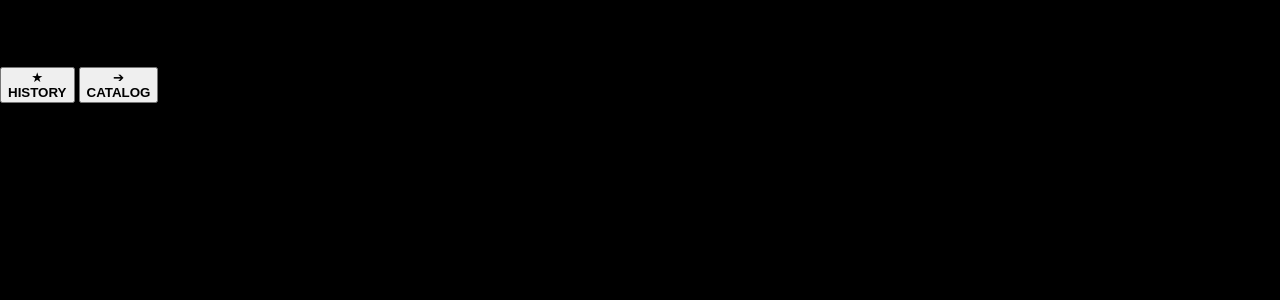
Repository: dkg11hu/baking-core
Page: index.html
These files come from the project's save history. The page is drawn as it stood at one moment and after a run of saves; the edit follows.
The browser window is 1280 px wide. The pictures show the whole page.

Above is the page before, as saved 2026-01-03 18:21:22.

### index.html
<!DOCTYPE html>
<html lang="en">
<head>
    <meta charset="UTF-8">
    <link rel="icon" href="data:[embedded picture, 216 characters]">
    <meta name="viewport" content="width=device-width, initial-scale=1.0, maximum-scale=1.0, user-scalable=no">
    <title>Baking Core | XS Driver</title>
    <link rel="stylesheet" href="style.css">
</head>
<body>
    <div class="iphone-xs">
        <div class="notch"></div>
<div class="screen-content">
    <section id="gateway-view">
        <div class="gateway-hero">
            <h1 class="brand-title">Baking Core</h1>
            <div class="choice-container">
                <button class="choice-card" onclick="window.viewHistory()"><div class="icon">★</div><strong>HISTORY</strong></button>
                <button class="choice-card highlight" onclick="window.openSelectors()"><div class="icon">➔</div><strong>CATALOG</strong></button>
            </div>
        </div>
    </section>

    <section id="selector-view" class="hidden">
        <div class="sticky-header">
            <div class="selector-tabs">
                <button class="tab-btn active" data-view="map" onclick="switchSelector('map')">Map</button>
                <button class="tab-btn" data-view="flavor" onclick="switchSelector('flavor')">Flavor</button>
            </div>
        </div>
        <div id="graphical-filter-container">
            <div id="view-map"></div>
            <div id="view-flavor" class="hidden"></div>
        </div>
        <div class="stepper-controls">
            <button class="btn-nav" onclick="window.showStage('gateway-view')">BACK</button>
        </div>
    </section>

    <section id="browser-view" class="hidden">
        <div id="tile-grid" class="tile-grid"></div>
        <div class="stepper-controls">
            <button class="btn-nav" onclick="window.showStage('selector-view')">BACK</button>
        </div>
    </section>

    <section id="params-view" class="hidden">
        <div id="discovery-root"></div>
        <div class="stepper-controls">
            <button class="btn-nav" onclick="window.showStage('browser-view')">BACK</button>
            <button class="btn-nav primary" onclick="window.lockAndStart()">START BAKE</button>
        </div>
    </section>

    <section id="execution-view" class="hidden">
        <div id="execution-root"></div>
        <div class="stepper-controls">
            <button class="btn-nav" onclick="window.changeStep(-1)">BACK</button>
            <button class="btn-nav primary" onclick="window.changeStep(1)">NEXT STEP</button>
        </div>
    </section>
</div>
        <div class="home-indicator"></div>
    </div>
    <script type="module" src="app.js"></script>
</body>
</html>

### style.css
/* --- VIEW CONTAINERS --- */
#browser-view, #workflow-view {
    flex: 1;
    display: flex;
    flex-direction: column;
    height: 100%;
    width: 100%;
    background: #000;
    overflow-y: auto;
    -webkit-overflow-scrolling: touch;
    position: relative;
}

/* --- GRID ARCHITECTURE --- */
.tile-grid {
    display: grid;
    grid-template-columns: 1fr 1fr;
    gap: 16px;
    padding: 16px;
    min-height: 400px;
    box-sizing: border-box;
}

.tile-label {
    color: #FFFFFF;
    font-size: 11px;
    font-weight: 900;
    letter-spacing: 1.5px;
    text-transform: uppercase;
    margin-top: 10px;
    white-space: nowrap;
    overflow: hidden;
    text-overflow: ellipsis;
}

/* --- WORKFLOW TRACKS --- */
.discovery-wrapper, .production-wrapper {
    padding: 20px;
    color: #fff;
}

.meta-chip {
    display: inline-flex;
    flex-direction: column;
    margin-right: 20px;
    border-left: 1px solid #333;
    padding-left: 10px;
}

.meta-chip span { font-size: 8px; color: #666; text-transform: uppercase; }
.meta-chip strong { font-size: 14px; color: var(--primary, #f1c40f); }

.hidden { display: none !important; }

.tile {
    background: #050505;
    border-radius: 12px;
    padding: 10px;
    border: 1px solid #111;
    transition: all 0.2s ease;
    cursor: pointer;
}

/* The Gold Glow for the selected product */
.tile.active {
    border-color: #f1c40f;
    background: #111;
    box-shadow: 0 0 15px rgba(241, 196, 15, 0.2);
}

.tile-img-box {
    aspect-ratio: 1 / 1;
    background: #000;
    border-radius: 8px;
    overflow: hidden;
    display: flex;
    align-items: center;
    justify-content: center;
}

.tile-img-box img {
    width: 100%;
    height: 100%;
    object-fit: cover;
}

/* Each section is a full-screen app layer */
section {
    position: absolute;
    top: 0;
    left: 0;
    width: 100%;
    height: 100%;
    background: #000;
    display: flex;
    flex-direction: column;
}

/* Force hide with absolute priority */
.hidden {
    display: none !important;
}

/* Ensure Tile Grid only scrolls within its container */
#tile-grid {
    flex: 1;
    overflow-y: auto;
    padding-bottom: 100px; /* Room for navigation */
}

/* Stepper controls anchored to bottom of current view */
.stepper-controls {
    padding: 20px;
    background: linear-gradient(0deg, #000 70%, transparent);
    display: flex;
    gap: 15px;
    position: sticky;
    bottom: 0;
}

/* src/style.css */

.discovery-wrapper, .gateway-screen {
    animation: fadeIn 0.25s ease-out;
    height: 100%;
    display: flex;
    flex-direction: column;
}

.params-grid {
    padding: 20px;
    display: flex;
    flex-direction: column;
    gap: 15px;
    overflow-y: auto;
}

.param-row {
    display: flex;
    flex-direction: column;
    gap: 5px;
}

.param-row label {
    font-size: 10px;
    color: #666;
    text-transform: uppercase;
    letter-spacing: 1px;
}

.param-row input {
    background: #111;
    border: 1px solid #222;
    border-radius: 8px;
    padding: 12px;
    color: var(--primary);
    font-size: 18px;
}

@keyframes fadeIn {
    from { opacity: 0; transform: translateY(5px); }
    to { opacity: 1; transform: translateY(0); }
}

.hidden {
    display: none !important;
    visibility: hidden !important;
    opacity: 0 !important;
    pointer-events: none !important;
}

section {
    /* Ensure each screen takes up the full iPhone XS viewport */
    height: 100%;
    width: 100%;
    overflow-y: auto;
    -webkit-overflow-scrolling: touch;
}

#browser-view {
    display: flex;
    flex-direction: column;
}

.sticky-header {
    flex-shrink: 0;
    background: #000;
    z-index: 100;
    padding: 10px;
    border-bottom: 1px solid #111;
}

#graphical-filter-container {
    height: 250px; /* Fixed height for the Map/Flavor wheel */
    overflow: hidden;
    position: relative;
}

#tile-grid {
    flex: 1;
    overflow-y: auto; /* Tiles scroll independently of the header */
    padding-bottom: 80px;
}

#graphical-filter-container {
    flex: 1;
    display: flex;
    align-items: center;
    justify-content: center;
    position: relative;
    pointer-events: all; /* Required for touch interaction */
}

/* Section Stacking */
section {
    position: absolute;
    top: 0;
    left: 0;
    width: 100%;
    height: 100%;
    background: #000;
    z-index: 1;
}

section:not(.hidden) {
    z-index: 10; /* Bring active screen to the front */
}

.hidden {
    display: none !important;
}

/* Ensure the filter container doesn't collapse to 0px */
#graphical-filter-container {
    flex: 1;
    width: 100%;
    min-height: 300px; /* Force a footprint */
    display: flex;
    align-items: center;
    justify-content: center;
    background: #000;
    position: relative;
}

/* Ensure the Map and Flavor SVGs fill the space */
#view-map, #view-flavor {
    width: 100%;
    height: 100%;
    display: flex;
    align-items: center;
    justify-content: center;
}

#view-map svg, #view-flavor svg {
    max-width: 90%;
    max-height: 80%;
    display: block;
}

/* Fix for the black screen collapse */
#selector-view {
    display: flex;
    flex-direction: column;
    height: 100%;
}

#graphical-filter-container {
    flex: 1; /* This forces the container to take up all space between header and footer */
    width: 100%;
    display: flex;
    align-items: center;
    justify-content: center;
    background: #000; /* Deep OLED Black */
    overflow: hidden;
}

#view-map, #view-flavor {
    width: 100%;
    height: 100%;
    display: flex;
    align-items: center;
    justify-content: center;
}

/* Ensure the SVG itself has a visible stroke against black */
#view-map svg, #view-flavor svg {
    max-width: 90%;
    max-height: 80%;
    stroke: #f1c40f; /* Gold stroke for visibility */
}

/* style.css */

#graphical-filter-container {
    flex: 1;
    display: flex;
    align-items: center;
    justify-content: center;
    background: #000; /* OLED True Black */
    position: relative;
    min-height: 350px; /* Essential: prevents 0px collapse */
}

/* Ensure SVG content is visible and interactive */
#view-map svg, #view-flavor svg {
    width: 95%;
    height: auto;
    max-height: 70vh;
    filter: drop-shadow(0 0 10px rgba(241, 196, 15, 0.1));
}

/* Specific fix for Flavor Wheel nodes */
.flavor-node {
    cursor: pointer;
    pointer-events: all;
    fill: var(--primary, #f1c40f);
}


.flavor-matrix-container {
    width: 300px;
    height: 300px;
    position: relative;
    padding: 20px;
}

.flavor-plot {
    width: 100%;
    height: 100%;
    border-left: 1px solid #333;
    border-bottom: 1px solid #333;
    position: relative;
    background: #050505;
}

.flavor-dot {
    position: absolute;
    width: 12px;
    height: 12px;
    background: var(--primary, #f1c40f);
    border-radius: 50%;
    transform: translate(-50%, 50%); /* Center the dot on the coordinate */
    cursor: pointer;
    box-shadow: 0 0 10px rgba(241, 196, 15, 0.5);
    transition: transform 0.2s;
}

.flavor-dot:hover {
    transform: translate(-50%, 50%) scale(1.5);
}

/* Ensure the toggle tabs are visible against the black */
.selector-tabs {
    display: flex;
    justify-content: center;
    gap: 10px;
    padding: 10px;
    background: #111;
    border-bottom: 1px solid #222;
}

.tab-btn {
    background: transparent;
    color: #666;
    border: none;
    padding: 8px 16px;
    font-size: 14px;
    cursor: pointer;
}

.tab-btn.active {
    color: var(--primary);
    border-bottom: 2px solid var(--primary);
}

### app.js
import { State } from './src/UI/State.mjs';
import { StageManager } from './src/UI/StageManager.mjs';
import { Gallery } from './src/UI/Gallery.mjs';
import { MapSelection } from './src/UI/MapSelection.mjs';
import { FlavorWheel } from './src/UI/FlavorWheel.mjs';
import { WorkflowDiscovery } from './src/UI/WorkflowDiscovery.mjs';

// --- EXPLICIT GLOBAL BRIDGES ---
window.Gallery = Gallery;
window.WorkflowDiscovery = WorkflowDiscovery;
window.showStage = (id) => StageManager.show(id);

// Switcher for Map/Flavor tabs
window.switchSelector = (viewId) => {
    const map = document.getElementById('view-map');
    const flavor = document.getElementById('view-flavor');
    const tabs = document.querySelectorAll('.tab-btn');

    tabs.forEach(btn => btn.classList.toggle('active', btn.dataset.view === viewId));

    if (viewId === 'map') {
        map?.classList.remove('hidden');
        flavor?.classList.add('hidden');
    } else {
        map?.classList.add('hidden');
        flavor?.classList.remove('hidden');
        if (State.ssot) FlavorWheel.plotProducts(State.ssot, State.locale);
    }
};

window.openSelectors = () => {
    StageManager.show('selector-view');
    const map = document.getElementById('view-map');
    const flavor = document.getElementById('view-flavor');

    if (map && !map.innerHTML) map.innerHTML = MapSelection.render();
    if (flavor && !flavor.innerHTML) {
        flavor.innerHTML = FlavorWheel.render();
        if (State.ssot) FlavorWheel.plotProducts(State.ssot, State.locale);
    }
};

// Bridge for Map SVG clicks
window.filterByTerritory = (territory) => {
    StageManager.show('browser-view');
    Gallery.filterByTerritory(territory, State.ssot, State.locale);
};

// Bridge for WorkflowDiscovery progression
window.changeStep = (dir) => {
    if (WorkflowDiscovery.state === 'GATEWAY') {
        WorkflowDiscovery.init(WorkflowDiscovery.activeId, State.ssot, State.locale);
    }
};

// --- BOOT ---
async function boot() {
    StageManager.show('gateway-view');
    try {
        await State.init();
        console.log("✅ Baking Core: Ready");
    } catch (err) {
        console.error("❌ Data Init Failed:", err.message);
    }
}
boot();

### src/UI/State.mjs
// src/UI/State.mjs
export const State = {
    ssot: null,
    locale: null,
    isInitialized: false,

    async init() {
        if (this.isInitialized) return;

        try {
            const [defRes, locRes] = await Promise.all([
                fetch('/data/Store/Registry/definitions.json'),
                fetch('/data/Store/Locale/en.json')
            ]);

            if (!defRes.ok) throw new Error(`Definitions missing: ${defRes.status}`);
            if (!locRes.ok) throw new Error(`Locale missing: ${locRes.status}`);

            this.ssot = await defRes.json();
            this.locale = await locRes.json();
            this.isInitialized = true;

            console.log("✅ SSoT and Locale loaded from deep storage.");
        } catch (err) {
            this.isInitialized = false;
            console.error("❌ State Init Error:", err.message);
        }
    }
};

### src/UI/StageManager.mjs
/**
 * StageManager.mjs
 * Pure state switcher for the 5-screen architecture.
 */
export const StageManager = {
    stages: ['gateway-view', 'selector-view', 'browser-view', 'params-view', 'execution-view'],

    show(stageId) {
        this.stages.forEach(id => {
            const el = document.getElementById(id);
            if (!el) return;

            if (id === stageId) {
                el.classList.remove('hidden');
                el.scrollTop = 0; // Reset scroll for new screen
            } else {
                el.classList.add('hidden');
            }
        });
        console.log(`System: Transitioned to ${stageId}`);
    }
};

### src/UI/Gallery.mjs
import { WorkflowDiscovery } from './WorkflowDiscovery.mjs';

export const Gallery = {
    selectedId: null,

    filterByTerritory(territory, ssot, locale) {
        const grid = document.getElementById('tile-grid');
        if (!grid || !ssot?.registry) return;

        const products = Object.entries(ssot.registry).filter(([id, data]) => {
            const dbTerritory = data.classification?.territory;
            const isProduct = data.type === 'BRANCH';
            return isProduct && (territory === 'ALL' || dbTerritory === territory);
        });

        this.renderTiles(products, locale);
    },

    renderTiles(products, locale) {
        const grid = document.getElementById('tile-grid');
        if (products.length === 0) {
            grid.innerHTML = `<div class="empty-state">No products found.</div>`;
            return;
        }

        grid.innerHTML = products.map(([id, data]) => {
            const name = locale[id] || id.replace('PROD_', '');
            const imgSrc = data.ui_features?.tile_photo || '';

            return `
                <div class="tile" onclick="window.Gallery.selectProduct('${id}')">
                    <div class="tile-img-box">
                        <img src="${imgSrc}" loading="lazy" onerror="this.style.opacity='0'">
                    </div>
                    <div class="tile-label"><strong>${name}</strong></div>
                </div>`;
        }).join('');
    },

    selectProduct(id) {
        this.selectedId = id;
        // Move to WorkflowDiscovery Track
        window.WorkflowDiscovery.renderGateway(id, window.State.locale);
        window.showStage('params-view');
    }
};

### src/UI/MapSelection.mjs
export const MapSelection = {
    render() {
        return `
            <div class="map-wrapper">
                <svg viewBox="0 0 800 400" preserveAspectRatio="xMidYMid meet">
                    <rect width="800" height="400" fill="transparent" onclick="window.filterByTerritory('ALL')"></rect>

                    <path id="EU" class="map-region" d="M400 100 L450 100 L450 150 Z" onclick="window.filterByTerritory('EU')"></path>
                    <path id="AM" class="map-region" d="M100 100 L200 100 L200 300 Z" onclick="window.filterByTerritory('AM')"></path>
                </svg>
                <div class="map-hint">TAP REGION OR BACKGROUND FOR GLOBAL</div>
            </div>
        `;
    }
};

### src/UI/FlavorWheel.mjs
export const FlavorWheel = {
    render() {
        return `
            <div class="flavor-matrix-container">
                <div class="matrix-labels"><span>SALTY</span><span>SWEET</span></div>
                <div id="flavor-plot" class="flavor-plot">
                    <div class="axis-x"></div><div class="axis-y"></div>
                </div>
                <div class="matrix-legend">Select a profile to filter catalog</div>
            </div>`;
    },

    async plotProducts(ssot, locale) {
        // 1. CRITICAL NULL GUARD
        if (!ssot || !ssot.registry) {
            console.error("FlavorWheel: State not ready.");
            return;
        }

        const plot = document.getElementById('flavor-plot');
        if (!plot) return;
        plot.innerHTML = '<div class="axis-x"></div><div class="axis-y"></div>'; // Clear previous dots

        const products = Object.entries(ssot.registry).filter(([_, item]) => item.type === 'BRANCH');

        for (const [id, data] of products) {
            try {
                // Ensure the path is correct: usually root/data/Store/...
                const res = await fetch(`./data/Store/Entities/${id.toLowerCase()}.json`);
                if (!res.ok) continue;

                const entity = await res.json();
                const coords = this.getCoords(entity.formula, ssot);

                const dot = document.createElement('div');
                dot.className = 'flavor-dot';
                dot.style.left = `${coords.x * 100}%`;
                dot.style.bottom = `${coords.y * 100}%`;

                // Use the bridge to advance to the Browser Results (Screen 2)
                dot.onclick = () => window.applyFilterAndAdvance(id);

                // Label for identification
                dot.title = locale[id] || id;

                plot.appendChild(dot);
            } catch (e) {
                console.warn(`Plot error for ${id}:`, e);
            }
        }
    },

    getCoords(formula, ssot) {
        if (!formula) return { x: 0.5, y: 0.5 };
        let salt = 0, sugar = 0;
        formula.forEach(ing => {
            const mClass = ssot.registry[ing.id]?.material_class;
            if (mClass === 'SALTS') salt += ing.pct;
            if (mClass === 'SWEETENERS') sugar += ing.pct;
        });
        // Normalize: X = Sugar (up to 15%), Y = Salt (up to 3%)
        return {
            x: Math.max(0, Math.min(sugar / 0.15, 0.95)),
            y: Math.max(0, Math.min(salt / 0.03, 0.95))
        };
    }
};

### src/UI/WorkflowDiscovery.mjs
/**
 * WorkflowDiscovery (Track 1)
 * Manages the transition between choosing a history record and
 * parametrizing a new bake based on SSoT physics categories.
 */
export const WorkflowDiscovery = {
    activeId: null,
    state: 'GATEWAY', // 'GATEWAY' or 'PARAMS'

    renderGateway(id, locale) {
        this.activeId = id;
        this.state = 'GATEWAY';
        const root = document.getElementById('discovery-root');

        // Reset scroll and clear previous view
        root.scrollTop = 0;
        root.classList.remove('hidden');

        const name = locale[id] || id;

        root.innerHTML = `
            <div class="gateway-screen">
                <span class="breadcrumb">GLOBAL SELECTION</span>
                <h1 class="step-title">${name}</h1>

                <div class="choice-container">
                    <button class="choice-card" onclick="console.log('Load Favorites')">
                        <div class="icon">★</div>
                        <div class="choice-text">
                            <strong>FAVORITES / HISTORY</strong>
                            <span>Sorted by frequency & timestamp</span>
                        </div>
                    </button>

                    <button class="choice-card highlight" onclick="window.changeStep(1)">
                        <div class="icon">➔</div>
                        <div class="choice-text">
                            <strong>START NEW BAKE</strong>
                            <span>Workflow Track 1: Configure Params</span>
                        </div>
                    </button>
                </div>
            </div>`;
    },

    init(id, ssot, locale) {
        this.state = 'PARAMS';
        const root = document.getElementById('discovery-root');
        const entity = ssot.registry[id];

        // Fieldnames are strictly derived from the database
        const fields = entity.physics_categories || ['PHYS_MASS_TOTAL'];

        // Reset scroll before rendering new inputs
        root.scrollTop = 0;

        root.innerHTML = `
            <div class="discovery-wrapper">
                <header class="discovery-header">
                    <span class="breadcrumb">TRACK 1: PARAMETRIZATION</span>
                    <h2 class="params-title">${locale[id] || id}</h2>
                </header>
                <div class="params-grid">
                    ${fields.map(key => `
                        <div class="param-row">
                            <label>${locale[key] || key}</label>
                            <input type="number"
                                   data-physics="${key}"
                                   value="${key.includes('MASS') ? 1000 : 22}"
                                   inputmode="decimal">
                        </div>
                    `).join('')}
                </div>
            </div>
        `;
    },

    /**
     * Captures the current state of inputs to lock them for Workflow #2.
     * Logic-blind: maps whatever data-physics keys were generated.
     */
    getLockedManifest() {
        const values = {};
        document.querySelectorAll('[data-physics]').forEach(el => {
            values[el.dataset.physics] = el.value;
        });

        return {
            id: this.activeId,
            values: values,
            timestamp: Date.now()
        };
    }
};

### data/Store/Registry/definitions.json
{
  "field_mapping": {
    "NODE_ID": "id",
    "RELATIONAL_DATA": "formula",
    "DEPENDENCY_LINK": "prerequisites",
    "CATEGORY": "category_id"
  },
  "logic_behaviors": {
    "LEAF": { "recursive": false },
    "BRANCH": { "recursive": true }
  },
  "physics_categories": {
    "FLOURS": { "hydration_role": "base", "ROUNDING_THRESHOLD_PCT": 0.05, "PRECISION_DECIMALS": 1 },
    "LIQUIDS": { "hydration_role": "fluid", "ROUNDING_THRESHOLD_PCT": 0.05, "PRECISION_DECIMALS": 1 },
    "FATS": { "hydration_role": "ignore", "ROUNDING_THRESHOLD_PCT": 0.05, "PRECISION_DECIMALS": 0 },
    "INCLUSIONS": { "hydration_role": "ignore", "ROUNDING_THRESHOLD_PCT": 0.1, "PRECISION_DECIMALS": 1 },
    "PREFERMENTS": { "hydration_role": "base", "ROUNDING_THRESHOLD_PCT": 0.05, "PRECISION_DECIMALS": 1 },
    "SALTS": { "hydration_role": "ignore", "ROUNDING_THRESHOLD_PCT": 0.01, "PRECISION_DECIMALS": 2 },
    "SWEETENERS": { "hydration_role": "ignore", "ROUNDING_THRESHOLD_PCT": 0.05, "PRECISION_DECIMALS": 1 }
  },
  "technologies": {
    "TECH_SCALD": {
      "steps": {
        "step_boil": { "video": "assets/vid/tech/boil_liquid.mp4", "tools": ["TOOL_POT", "TOOL_INDUCTION"] },
        "step_incorporate": { "video": "assets/vid/tech/mix_stiff.mp4", "tools": ["TOOL_SPATULA"] },
        "step_gelatinize": { "video": "assets/vid/tech/cooling.mp4", "tools": ["TOOL_FRIDGE"] }
      }
    },
    "TECH_CULTURE_MAINTENANCE": {
      "steps": {
        "step_discard": { "video": "assets/vid/tech/discard.mp4", "tools": ["TOOL_JAR"] },
        "step_feed": { "video": "assets/vid/tech/feeding.mp4", "tools": ["TOOL_SCALE"] },
        "step_ferment": { "video": "assets/vid/tech/ferment_static.mp4", "tools": ["TOOL_PROOFER"] }
      }
    },
    "TECH_LEAVENED_BASE": {
      "steps": {
        "step_autolyse": { "video": "assets/vid/tech/autolyse.mp4", "tools": ["TOOL_MIXER"] },
        "step_add_levain": { "video": "assets/vid/tech/levain_mix.mp4", "tools": ["TOOL_MIXER"] },
        "step_bulk_ferment": { "video": "assets/vid/tech/bulk_fold.mp4", "tools": ["TOOL_DOUGH_TUB"] },
        "step_shape": { "video": "assets/vid/tech/shaping.mp4", "tools": ["TOOL_BENCH_KNIFE"] },
        "step_bake": { "video": "assets/vid/tech/baking.mp4", "tools": ["TOOL_OVEN"] }
      }
    }
  },
  "registry": {
    "MAT_WHEAT_T80": {
      "category_id": "RAW_MATERIALS",
      "type": "LEAF",
      "material_class": "FLOURS",
      "classification": { "group": "GRAIN", "material": "WHEAT", "refinement": "T80" },
      "ui_features": { "tile_photo": "assets/img/flour_t80.jpg" }
    },
    "PROD_YUDANE": {
      "category_id": "COMPONENTS",
      "type": "BRANCH",
      "technology_ref": ["TECH_SCALD"],
      "classification": { "territory": "ASIA", "cuisine": "JAPANESE", "dough_family": "SCALD" },
      "ui_features": { "tile_photo": "assets/img/yudane.jpg" }
    },
    "PROC_STARTER": {
      "category_id": "COMPONENTS",
      "type": "BRANCH",
      "technology_ref": ["TECH_CULTURE_MAINTENANCE"],
      "classification": { "territory": "GLOBAL", "cuisine": "INTERNATIONAL", "dough_family": "WILD_YEAST" },
      "ui_features": { "tile_photo": "assets/img/starter.jpg" }
    },
    "PROD_SOURDOUGH_LOAF": {
      "category_id": "BREADS",
      "type": "BRANCH",
      "technology_ref": ["TECH_LEAVENED_BASE"],
      "classification": { "territory": "EUROPE", "cuisine": "FRENCH", "dough_family": "ARTISAN_SOURDOUGH" },
      "ui_features": { "tile_photo": "assets/img/sourdough_final.jpg" }
    },
    "PROD_BLENDED_SOURDOUGH_YUDANE": {
      "category_id": "BREADS",
      "type": "BRANCH",
      "technology_ref": ["TECH_SCALD", "TECH_LEAVENED_BASE"],
      "classification": { "territory": "FUSION", "cuisine": "MODERN", "dough_family": "COMPOSITE" },
      "ui_features": { "tile_photo": "assets/img/composite_loaf.jpg" }
    }
  },
  "orchestration": {
    "paths": { "entities": "Entities" },
    "output_mapping": { "name_column": "Ingredient", "value_column": "Amount", "id_column": "Code" }
  }
}

### data/Store/Locale/en.json
{
    "MAT_001": "Bread Flour BL-80",
    "MAT_002": "Water",
    "MAT_003": "Whole Milk",
    "MAT_004": "Fine Sea Salt",
    "MAT_005": "Instant Dry Yeast",
    "MAT_006": "Unsalted Butter",
    "PROD_001": "Yudane Scald",
    "PROD_002": "Hokkaido Milk Bread",
    "PROC_STARTER": "Rye Starter Culture",
    "PROC_LEVAIN": "Active Liquid Levain",
    "PROD_SOURDOUGH": "Artisan Double-Fermented Sourdough",
    "MAT_WHEAT": "Stone-ground Wheat Flour",
    "MAT_WATER": "Filtered Water"
}

After the next 4 saves:
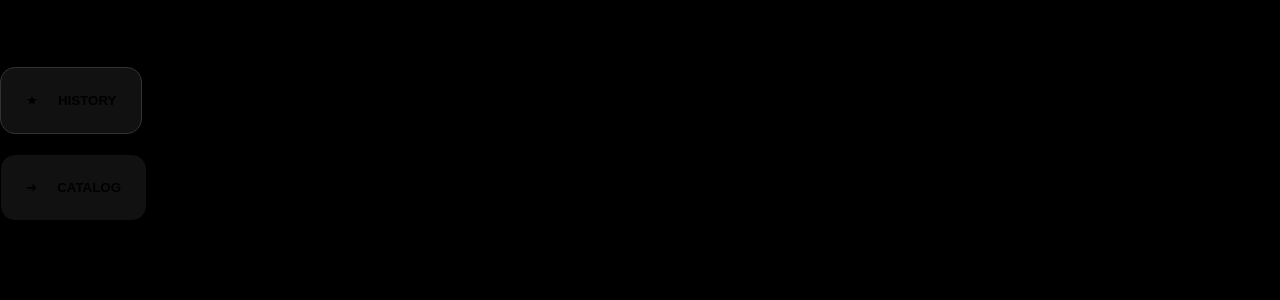
The 4 saves are shown as one change because they came seconds apart.
The last was saved 22 s later.
--- a/style.css
+++ b/style.css
@@ -372,3 +372,57 @@
     color: var(--primary);
     border-bottom: 2px solid var(--primary);
 }
+
+#params-view {
+    background: #000;
+    height: 100vh;
+    overflow-y: auto;
+}
+
+.gateway-screen {
+    padding: 40px 20px;
+    display: flex;
+    flex-direction: column;
+    height: 100%;
+}
+
+.choice-card {
+    background: #111;
+    border: 1px solid #333;
+    border-radius: 15px;
+    padding: 25px;
+    margin-bottom: 20px;
+    display: flex;
+    align-items: center;
+    gap: 20px;
+    transition: transform 0.1s;
+}
+
+.choice-card:active {
+    transform: scale(0.97);
+    background: #1a1a1a;
+}
+
+.choice-card.highlight {
+    border-color: var(--primary);
+}
+
+.params-grid {
+    padding: 20px;
+}
+
+.param-row {
+    display: flex;
+    justify-content: space-between;
+    padding: 15px 0;
+    border-bottom: 1px solid #222;
+}
+
+.param-row input {
+    background: transparent;
+    color: var(--primary);
+    border: none;
+    text-align: right;
+    font-size: 1.2rem;
+    width: 100px;
+}
